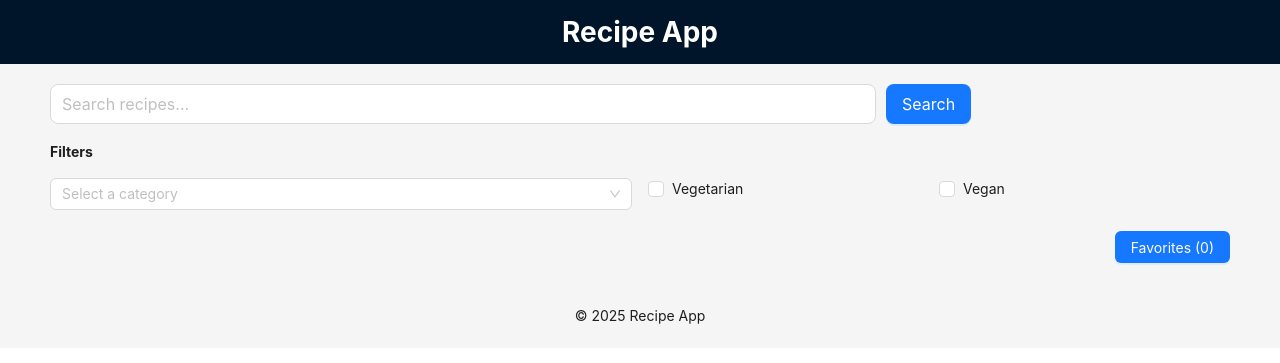
Repository: LearnTek-In-Private-Limited/recipie-era-premier
Page: /
The author's editor kept a copy of each file at every save. The page is drawn from the files as they stood at one save, then again after the next save.
The browser window is 1280 px wide. The pictures show the whole page.
The page's requests for data from a server got no answer. The project was rebuilt for these pictures with package versions that can differ from the ones it lists, and the page was loaded fresh each time. No one was signed in, and anything a server would have sent is missing.

Above is the page before, as saved 2025-01-25 19:36:37.

### src/App.js
import React from 'react';
import { Provider } from 'react-redux';
import store from './redux/store';
import RecipeList from './components/RecipeList';
import SearchBar from './components/SearchBar';
import FilterOptions from './components/FilterOptions';
import FavoritesButton from './components/FavoritesButton';
import { Layout, Row, Col } from 'antd';

const { Header, Content, Footer } = Layout;

function App() {
  return (
    <Provider store={store}>
      <Layout>
        <Header style={{ backgroundColor: '#001529', color: 'white', textAlign: 'center' }}>
          <h1 style={{ color: 'white', margin: 0 }}>Recipe App</h1>
        </Header>
        <Content style={{ padding: '20px 50px' }}>
          <Row gutter={[16, 16]}>
            {/* Filters and Search Bar */}
            <Col span={24}>
              <SearchBar />
              <FilterOptions />
            </Col>
          </Row>

          <Row gutter={[16, 16]}>
            {/* Recipe List */}
            <Col span={24}>
              <RecipeList />
            </Col>
          </Row>

          {/* Favorites Button */}
          <FavoritesButton />
        </Content>
        <Footer style={{ textAlign: 'center' }}>© 2025 Recipe App</Footer>
      </Layout>
    </Provider>
  );
}

export default App;

### src/redux/store.js
import { createStore, combineReducers, applyMiddleware } from 'redux';
import {thunk} from 'redux-thunk';
import { recipeReducer, favoriteReducer } from '../redux/reducers/recipeReducer';

const rootReducer = combineReducers({
  recipes: recipeReducer,
  favorites: favoriteReducer,
});

const store = createStore(rootReducer, applyMiddleware(thunk));

export default store;

### src/components/RecipeList.js
import React, { useState, useEffect } from 'react';
import { Card, Col, Row, Button, Modal } from 'antd';
import { useDispatch, useSelector } from 'react-redux';
import { fetchRecipes, toggleFavorite } from '../redux/actions/recipeActions';

const RecipeList = () => {
  const dispatch = useDispatch();
  const recipes = useSelector((state) => state.recipes.recipes);
  const favorites = useSelector((state) => state.favorites);
  const [selectedRecipe, setSelectedRecipe] = useState(null);

  // Fetch recipes on mount
  useEffect(() => {
    dispatch(fetchRecipes());
  }, [dispatch]);

  const isFavorite = (recipe) => favorites.some((fav) => fav.label === recipe.label);

  const handleRecipeClick = (recipe) => {
    setSelectedRecipe(recipe);
  };

  const handleCloseModal = () => {
    setSelectedRecipe(null);
  };

  const toggleFavoriteStatus = (recipe) => {
    dispatch(toggleFavorite(recipe));
  };

  return (
    <>
      <Row gutter={[16, 16]}>
        {recipes.map((recipe, index) => (
          <Col xs={24} sm={12} md={8} lg={6} key={index}>
            <Card
              hoverable
              style={{ height: '100%', display: 'flex', flexDirection: 'column', justifyContent: 'space-between' }}
              cover={
                <img
                  alt={recipe.label}
                  src={recipe.image}
                  style={{ height: '200px', objectFit: 'cover' }}
                />
              }
              title={recipe.label}
              onClick={() => handleRecipeClick(recipe)} // Clicking on the card opens the modal
            >
              <p>{recipe.cuisineType?.join(', ') || 'No cuisine info'}</p>
              <Button
                type={isFavorite(recipe) ? 'danger' : 'primary'}
                onClick={(e) => {
                  e.stopPropagation(); // Prevent card click event from firing
                  toggleFavoriteStatus(recipe);
                }}
              >
                {isFavorite(recipe) ? 'Remove Favorite' : 'Add to Favorites'}
              </Button>
            </Card>
          </Col>
        ))}
      </Row>

      {/* Modal to show recipe details */}
      <Modal
        title={selectedRecipe?.label}
        visible={selectedRecipe !== null}
        onCancel={handleCloseModal}
        footer={null}
        width={800}
      >
        {selectedRecipe && (
          <div>
            <img
              alt={selectedRecipe.label}
              src={selectedRecipe.image}
              style={{ width: '100%', height: 'auto', objectFit: 'cover' }}
            />
            <h3>Ingredients</h3>
            <ul>
              {selectedRecipe.ingredients.map((ingredient, index) => (
                <li key={index}>{ingredient.text}</li>
              ))}
            </ul>
            <h3>Instructions</h3>
            <p>{selectedRecipe.instructions}</p>
            <p><strong>Preparation time:</strong> {selectedRecipe.totalTime} minutes</p>
            <p><strong>Serving size:</strong> {selectedRecipe.yield} servings</p>
          </div>
        )}
      </Modal>
    </>
  );
};

export default RecipeList;

### src/components/SearchBar.js
import React, { useState } from 'react';
import { Input, Button, message } from 'antd';
import { useDispatch } from 'react-redux';
import { fetchRecipes } from '../redux/actions/recipeActions';

const SearchBar = () => {
  const [query, setQuery] = useState('');
  const dispatch = useDispatch();

  const handleSearch = () => {
    if (!query) {
      message.warning('Please enter a search query');
      return;
    }
    dispatch(fetchRecipes(query));
  };

  return (
    <div className="mb-4">
      <Input
        placeholder="Search recipes..."
        value={query}
        onChange={(e) => setQuery(e.target.value)}
        size="large"
        style={{ marginRight: '10px', width: '70%' }}
        onPressEnter={handleSearch} // Allow "Enter" key to trigger search
      />
      <Button type="primary" size="large" onClick={handleSearch}>
        Search
      </Button>
    </div>
  );
};

export default SearchBar;

### src/components/FilterOptions.js
import React from 'react';
import { Select, Checkbox, Row, Col } from 'antd';
import { useDispatch } from 'react-redux';
import { fetchRecipes } from '../redux/actions/recipeActions';

const { Option } = Select;

const FilterOptions = () => {
  const dispatch = useDispatch();

  const handleCategoryChange = (value) => {
    dispatch(fetchRecipes(value));
  };

  const handleDietaryChange = (checkedValues) => {
    const query = checkedValues.join(',');
    dispatch(fetchRecipes(query));
  };

  return (
    <div className="mb-4">
      <h4>Filters</h4>
      <Row gutter={16}>
        <Col md={12}>
          <Select
            style={{ width: '100%' }}
            placeholder="Select a category"
            onChange={handleCategoryChange}
          >
            <Option value="breakfast">Breakfast</Option>
            <Option value="lunch">Lunch</Option>
            <Option value="dinner">Dinner</Option>
          </Select>
        </Col>
        <Col md={12}>
          <Checkbox.Group style={{ width: '100%' }} onChange={handleDietaryChange}>
            <Row>
              <Col span={12}>
                <Checkbox value="vegetarian">Vegetarian</Checkbox>
              </Col>
              <Col span={12}>
                <Checkbox value="vegan">Vegan</Checkbox>
              </Col>
            </Row>
          </Checkbox.Group>
        </Col>
      </Row>
    </div>
  );
};

export default FilterOptions;

### src/components/FavoritesButton.js
import React, { useState } from 'react';
import { Button, Modal, Row, Col, Card } from 'antd';
import { useSelector } from 'react-redux';

const FavoritesButton = () => {
  const [isModalVisible, setIsModalVisible] = useState(false);
  const favorites = useSelector((state) => state.favorites);

  const showModal = () => {
    setIsModalVisible(true);
  };

  const handleClose = () => {
    setIsModalVisible(false);
  };

  return (
    <div style={{ textAlign: 'right', marginTop: '20px' }}>
      {/* Favorites Button */}
      <Button type="primary" onClick={showModal}>
        Favorites ({favorites.length})
      </Button>

      {/* Modal to Show Favorites */}
      <Modal
        title="Your Favorites"
        visible={isModalVisible}
        onCancel={handleClose}
        footer={null}
        width={800}
      >
        <Row gutter={[16, 16]}>
          {favorites.length > 0 ? (
            favorites.map((recipe, index) => (
              <Col xs={24} sm={12} md={8} key={index}>
                <Card
                  hoverable
                  style={{
                    height: '100%',  // Ensure the card takes full height
                    display: 'flex',
                    flexDirection: 'column',
                    justifyContent: 'space-between',
                  }}
                  cover={<img alt={recipe.label} src={recipe.image} style={{ height: '200px', objectFit: 'cover' }} />}
                  title={recipe.label}
                >
                  <p>{recipe.cuisineType?.join(', ') || 'No cuisine info'}</p>
                </Card>
              </Col>
            ))
          ) : (
            <p style={{ textAlign: 'center', width: '100%' }}>No favorite recipes added yet.</p>
          )}
        </Row>
      </Modal>
    </div>
  );
};

export default FavoritesButton;

### src/redux/reducers/recipeReducer.js
const initialState = {
  recipes: [],
  loading: false,
  error: null,
};

export const recipeReducer = (state = initialState, action) => {
  switch (action.type) {
    case 'FETCH_RECIPES_SUCCESS':
      return {
        ...state,
        recipes: action.payload,
        loading: false,
      };
    case 'FETCH_RECIPES_FAILURE':
      return {
        ...state,
        loading: false,
        error: action.payload,
      };
    default:
      return state;
  }
};

const favoriteState = [];

export const favoriteReducer = (state = favoriteState, action) => {
  switch (action.type) {
    case 'TOGGLE_FAVORITE':
      const recipeExists = state.some((fav) => fav.label === action.payload.label);
      if (recipeExists) {
        return state.filter((fav) => fav.label !== action.payload.label);
      } else {
        return [...state, action.payload];
      }
    default:
      return state;
  }
};

### src/redux/actions/recipeActions.js
import axios from 'axios';

export const fetchRecipes = (query = 'pizza') => async (dispatch) => {
  try {
    const response = await axios.get(
      `https://api.edamam.com/search?q=${query}&app_id=a5de3521&app_key=28f8a20bd893e2740e68d4bbb349b977&from=0&to=50`
    );
    const recipes = response.data.hits.map(hit => hit.recipe);
    dispatch({ type: 'FETCH_RECIPES_SUCCESS', payload: recipes });
  } catch (error) {
    dispatch({ type: 'FETCH_RECIPES_FAILURE', payload: error });
  }
};

export const toggleFavorite = (recipe) => {
  return {
    type: 'TOGGLE_FAVORITE',
    payload: recipe,
  };
};

Loaded but not shown: public/index.html (common file); src/index.js (common file); src/index.css (common file); src/reportWebVitals.js (common file)

After the next save:
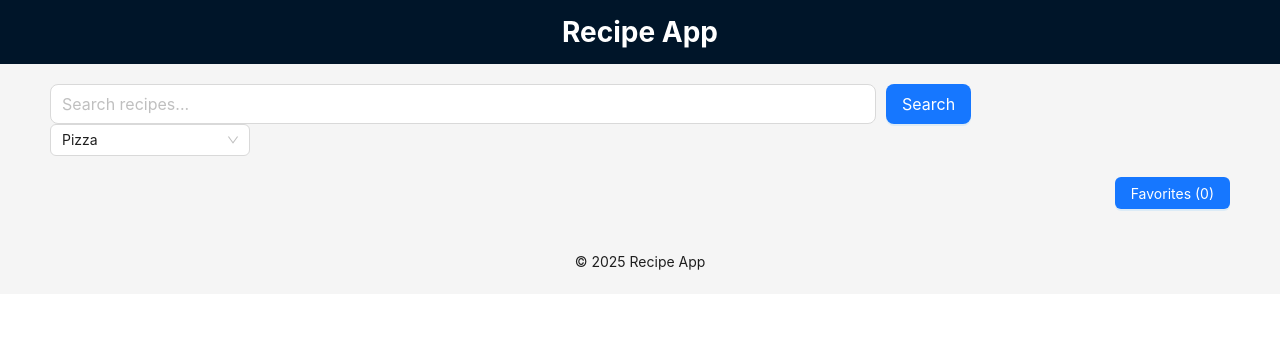
Saved 88 s later.
--- a/src/components/FilterOptions.js
+++ b/src/components/FilterOptions.js
@@ -1,52 +1,27 @@
 import React from 'react';
-import { Select, Checkbox, Row, Col } from 'antd';
+import { Select } from 'antd';
 import { useDispatch } from 'react-redux';
 import { fetchRecipes } from '../redux/actions/recipeActions';
 
-const { Option } = Select;
-
-const FilterOptions = () => {
+const FilterBar = () => {
   const dispatch = useDispatch();
 
-  const handleCategoryChange = (value) => {
+  const handleFilterChange = (value) => {
     dispatch(fetchRecipes(value));
   };
 
-  const handleDietaryChange = (checkedValues) => {
-    const query = checkedValues.join(',');
-    dispatch(fetchRecipes(query));
-  };
-
   return (
-    <div className="mb-4">
-      <h4>Filters</h4>
-      <Row gutter={16}>
-        <Col md={12}>
-          <Select
-            style={{ width: '100%' }}
-            placeholder="Select a category"
-            onChange={handleCategoryChange}
-          >
-            <Option value="breakfast">Breakfast</Option>
-            <Option value="lunch">Lunch</Option>
-            <Option value="dinner">Dinner</Option>
-          </Select>
-        </Col>
-        <Col md={12}>
-          <Checkbox.Group style={{ width: '100%' }} onChange={handleDietaryChange}>
-            <Row>
-              <Col span={12}>
-                <Checkbox value="vegetarian">Vegetarian</Checkbox>
-              </Col>
-              <Col span={12}>
-                <Checkbox value="vegan">Vegan</Checkbox>
-              </Col>
-            </Row>
-          </Checkbox.Group>
-        </Col>
-      </Row>
-    </div>
+    <Select
+      defaultValue="pizza"
+      style={{ width: 200 }}
+      onChange={handleFilterChange}
+    >
+      <Select.Option value="pizza">Pizza</Select.Option>
+      <Select.Option value="vegetarian">Vegetarian</Select.Option>
+      <Select.Option value="gluten-free">Gluten-Free</Select.Option>
+      <Select.Option value="dessert">Dessert</Select.Option>
+    </Select>
   );
 };
 
-export default FilterOptions;
+export default FilterBar;
